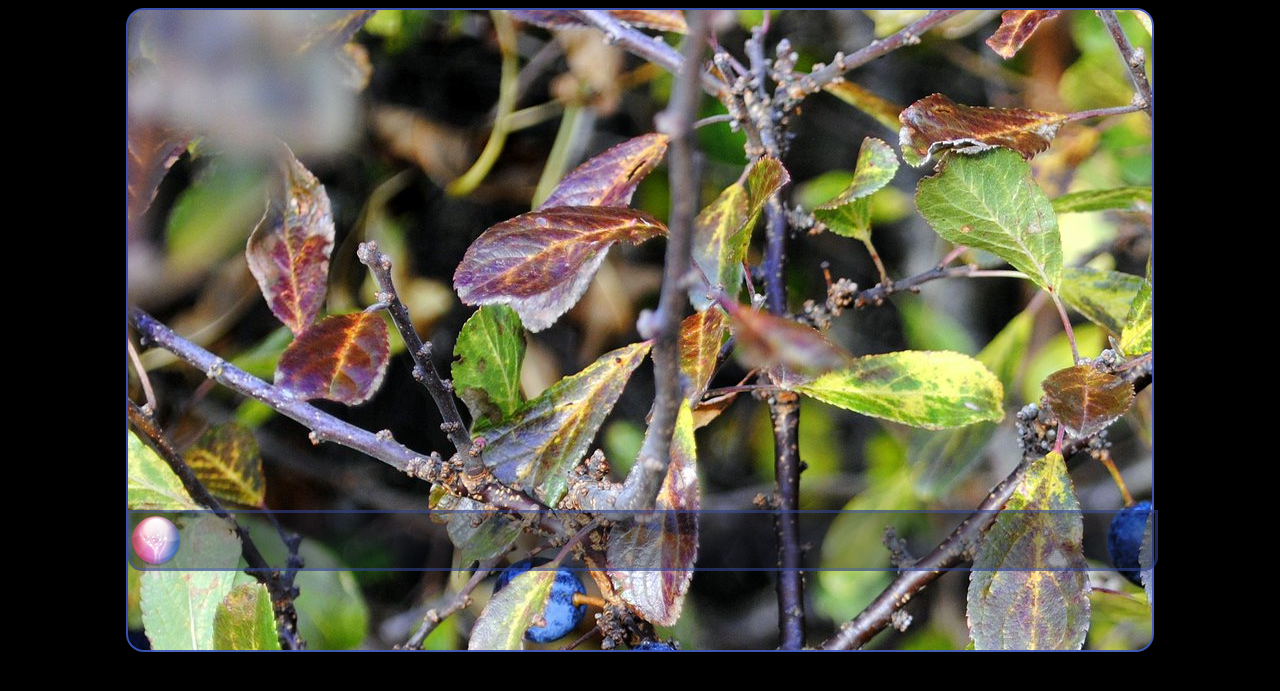
Repository: js223mx/js223mx-1dv403-laborationer
Page: 5-pwd/index.html
The author's editor kept a record of every edit. The page is drawn from the files as they stood at one moment, then again after the next edit.
The browser window is 1280 px wide. The pictures show the whole page.

Above is the page before.

After the next edit:
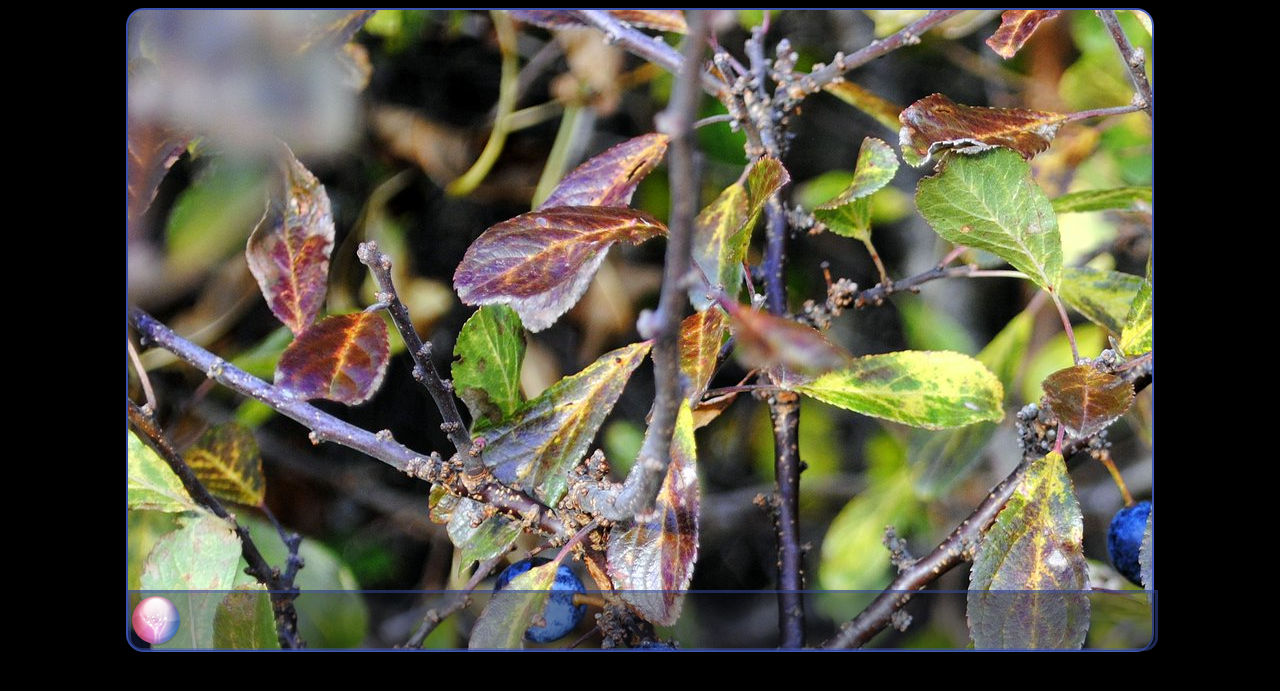
The edit:
--- a/5-pwd/css/style.css
+++ b/5-pwd/css/style.css
@@ -27,7 +27,7 @@
     height:55px;
     margin-left:auto;
     margin-right: auto;
-    margin-top: 500px;
+    margin-top: 580px;
     border: solid hsla(228,50%,50%,0.4);
     background-color:hsla(228,25%,10%,0.4);
 
